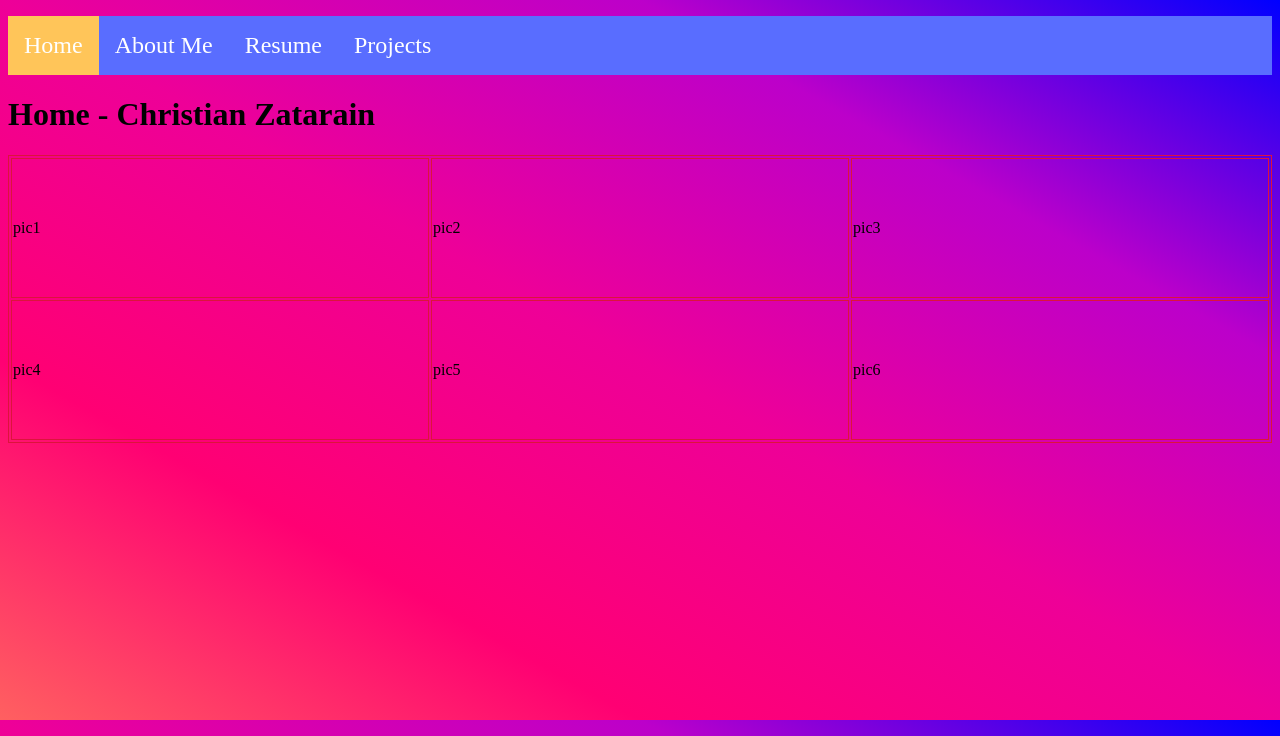
Repository: Zatarain10/Zatarain10.github.io
Page: index.html
The author's editor kept a record of every edit. The page is drawn from the files as they stood at one moment, then again after the next edit.
The browser window is 1280 px wide. The pictures show the whole page.

Above is the page before.

After the next edit:
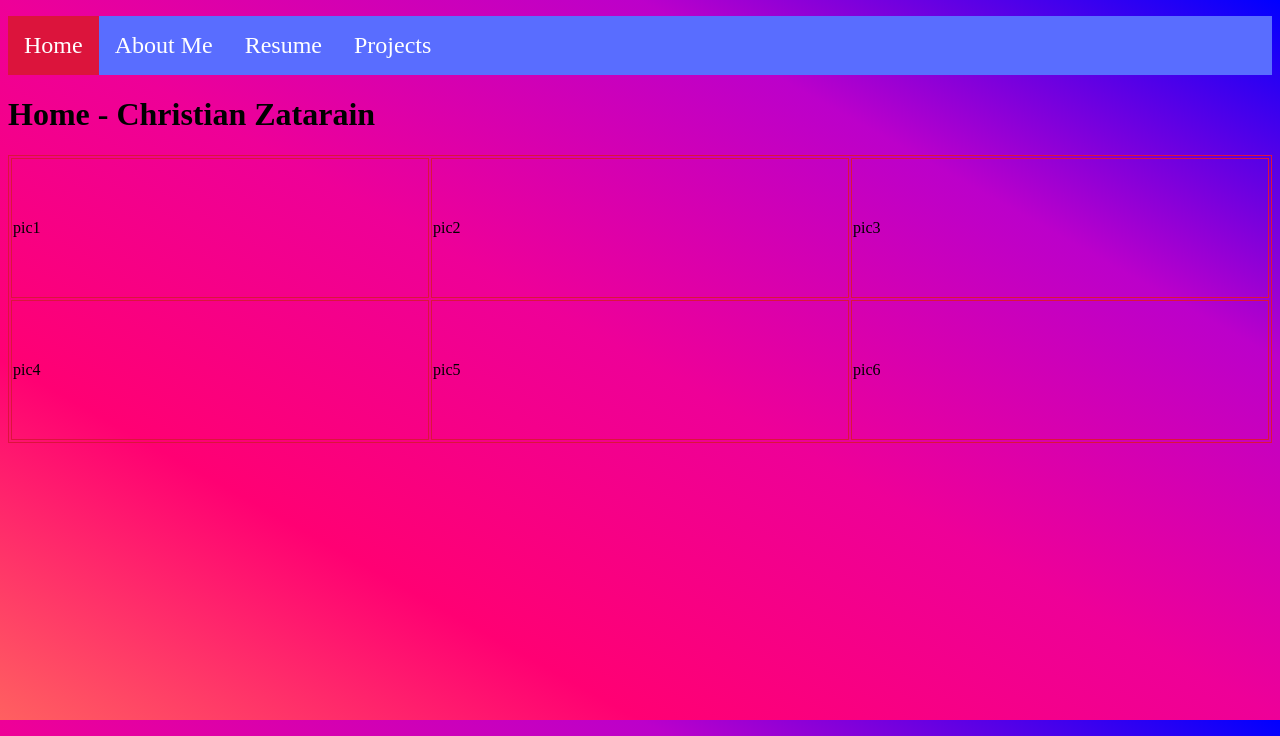
The edit:
--- a/style.css
+++ b/style.css
@@ -39,7 +39,7 @@
         }
 
         .active{
-            background-color: #ffc559;
+            background-color: crimson;
         }
 
         html{
